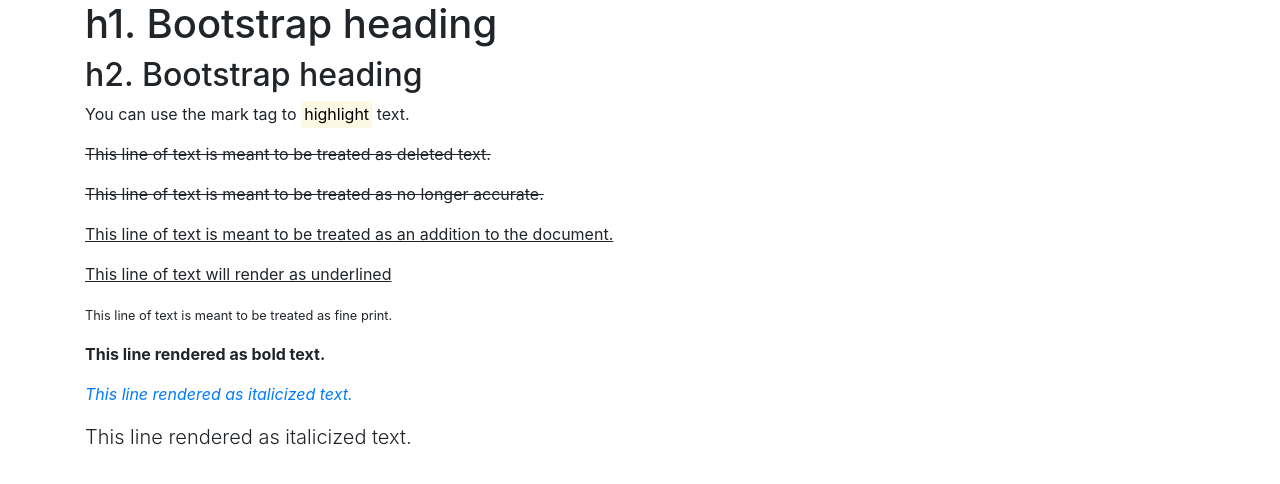
Repository: woodyalan/bootstrap-4
Page: conteudo.html
The author's editor kept a copy of each file at every save. The page is drawn from the files as they stood at one save, then again after the next save.
The browser window is 1280 px wide. The pictures show the whole page.

Above is the page before, as saved 2020-09-08 22:33:56.

### conteudo.html
<!DOCTYPE html>
<html lang="pt-br">
  <head>
    <!-- Required meta tags -->
    <meta charset="utf-8" />
    <meta name="viewport" content="width=device-width, initial-scale=1, shrink-to-fit=no" />

    <link rel="stylesheet" href="https://stackpath.bootstrapcdn.com/bootstrap/4.5.2/css/bootstrap.min.css" />

    <title>OlA Bootstrap!</title>
  </head>
  <body>
    <div class="container">
      <h1>h1. Bootstrap heading</h1>
      <h2>h2. Bootstrap heading</h2>

      <p>You can use the mark tag to <mark>highlight</mark> text.</p>
      <p><del>This line of text is meant to be treated as deleted text.</del></p>
      <p><s>This line of text is meant to be treated as no longer accurate.</s></p>
      <p><ins>This line of text is meant to be treated as an addition to the document.</ins></p>
      <p><u>This line of text will render as underlined</u></p>
      <p><small>This line of text is meant to be treated as fine print.</small></p>
      <p><strong>This line rendered as bold text.</strong></p>
      <p class="text-primary"><em>This line rendered as italicized text.</em></p>

      <p class="lead">This line rendered as italicized text.</p>
    </div>

    <!-- JS, Popper e jQuery -->
    <script src="https://code.jquery.com/jquery-3.5.1.slim.min.js"></script>
    <script src="https://cdn.jsdelivr.net/npm/popper.js@1.16.1/dist/umd/popper.min.js"></script>
    <script src="https://stackpath.bootstrapcdn.com/bootstrap/4.5.2/js/bootstrap.min.js"></script>
  </body>
</html>

After the next save:
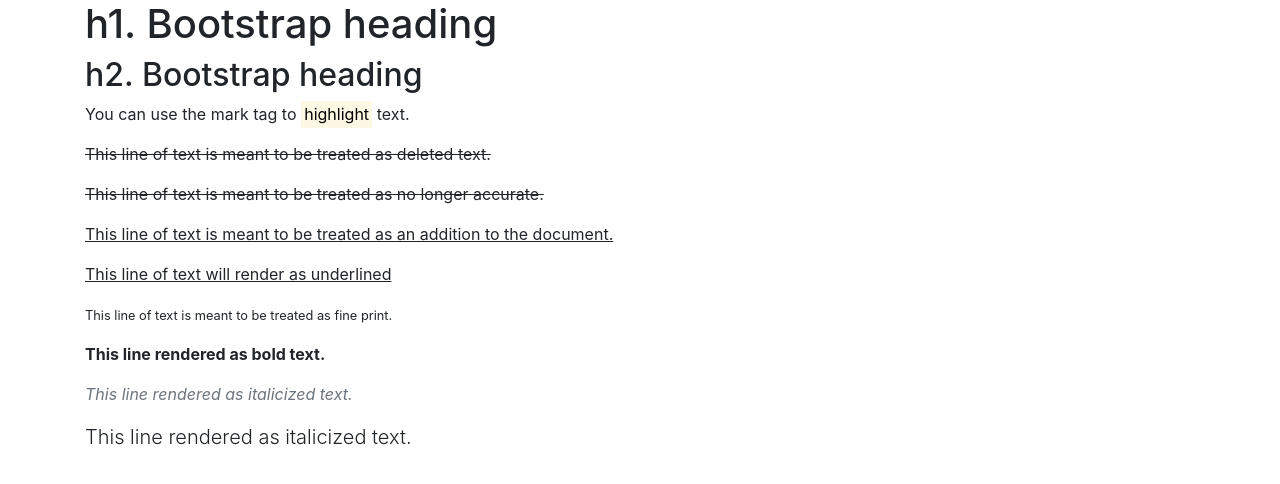
Saved 41 s later.
--- a/conteudo.html
+++ b/conteudo.html
@@ -21,7 +21,7 @@
       <p><u>This line of text will render as underlined</u></p>
       <p><small>This line of text is meant to be treated as fine print.</small></p>
       <p><strong>This line rendered as bold text.</strong></p>
-      <p class="text-primary"><em>This line rendered as italicized text.</em></p>
+      <p class="text-muted"><em>This line rendered as italicized text.</em></p>
 
       <p class="lead">This line rendered as italicized text.</p>
     </div>
